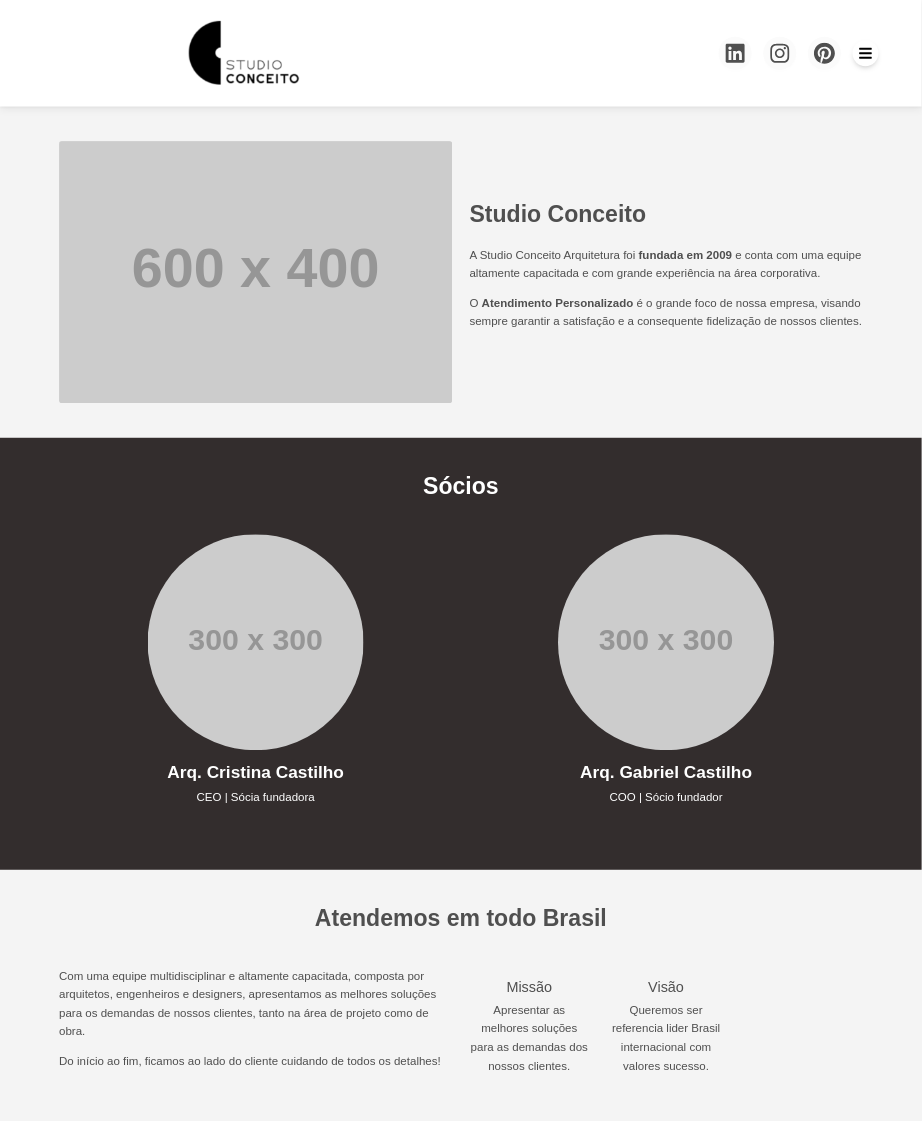
Repository: Upstairs-Agencia/studio-conceito-react
Page: /quem-somos
An editor plug-in stored every save of this project. The page is shown before and after the next save, followed by the edit.
The browser window is 1280 px wide. The pictures show the whole page, at 72% of full size.
The project was rebuilt for these pictures with package versions that can differ from the ones it lists, and the page was loaded fresh each time. Also part of the build but not shown: src/pages/Home.js, src/styles/footer.css, src/components/footer.js, src/pages/Servicos.js, src/pages/Cases.js, src/pages/Blog.js, src/pages/Clientes.js, src/pages/Contato.js.

Above is the page before, as saved 2024-12-29 03:29:01.

### public/index.html
<!DOCTYPE html>
<html lang="en">
  <head>
    <meta charset="utf-8" />
    <link rel="icon" href="%PUBLIC_URL%/favicon.ico" />
    <meta name="viewport" content="width=device-width, initial-scale=1" />
    <meta name="theme-color" content="#000000" />
    <meta
      name="description"
      content="Web site created using create-react-app"
    />
    <link rel="apple-touch-icon" href="%PUBLIC_URL%/logo192.png" />
    <!--
      manifest.json provides metadata used when your web app is installed on a
      user's mobile device or desktop. See https://developers.google.com/web/fundamentals/web-app-manifest/
    -->
    <link rel="manifest" href="%PUBLIC_URL%/manifest.json" />
    <!--
      Notice the use of %PUBLIC_URL% in the tags above.
      It will be replaced with the URL of the `public` folder during the build.
      Only files inside the `public` folder can be referenced from the HTML.

      Unlike "/favicon.ico" or "favicon.ico", "%PUBLIC_URL%/favicon.ico" will
      work correctly both with client-side routing and a non-root public URL.
      Learn how to configure a non-root public URL by running `npm run build`.
    -->
    <title>Studio Conceito</title>
  </head>
  <body>
    <noscript>You need to enable JavaScript to run this app.</noscript>
    <div id="root"></div>
    <!--
      This HTML file is a template.
      If you open it directly in the browser, you will see an empty page.

      You can add webfonts, meta tags, or analytics to this file.
      The build step will place the bundled scripts into the <body> tag.

      To begin the development, run `npm start` or `yarn start`.
      To create a production bundle, use `npm run build` or `yarn build`.
    -->
  </body>
</html>

### src/index.js

import React from 'react';
import ReactDOM from 'react-dom';
import App from './App';
import 'mdb-react-ui-kit/dist/css/mdb.min.css'; // MDB styles
import './index.css'; // Global styles

ReactDOM.render(
  <React.StrictMode>
    <App />
  </React.StrictMode>,
  document.getElementById('root')
);

### src/App.js

import React from 'react';
import { BrowserRouter as Router, Routes, Route } from 'react-router-dom';
import Home from './pages/Home';
import QuemSomos from './pages/QuemSomos';
import Servicos from './pages/Servicos';
import Cases from './pages/Cases';
import Blog from './pages/Blog';
import Clientes from './pages/Clientes';
import Contato from './pages/Contato';

function App() {
  return (
    <Router>
      <Routes>
        <Route path="/" element={<Home />} />
        <Route path="/quem-somos" element={<QuemSomos />} />
        <Route path="/servicos" element={<Servicos />} />
        <Route path="/cases" element={<Cases />} />
        <Route path="/blog" element={<Blog />} />
        <Route path="/clientes" element={<Clientes />} />
        <Route path="/contato" element={<Contato />} />
      </Routes>
    </Router>
  );
}

export default App;

### src/index.css

body {
  margin: 0;
  font-family: Arial, sans-serif;
  background-color: #f4f4f4;
}

### src/pages/QuemSomos.js

import React from 'react';
import Navbar from '../components/navbar'; // Importando o componente Navbar
import {
  MDBContainer,
  MDBRow,
  MDBCol,
  MDBBtn
} from 'mdb-react-ui-kit';


export default function QuemSomos(){
    return (
        <>
            {/* Navbar */}
            <Navbar />

            {/* Quem Somos Section */}
            <section className='py-5'>
                <MDBContainer>
                    <MDBRow className='align-items-center'>
                        <MDBCol md='6'>
                            <img
                                src='https://via.placeholder.com/600x400'
                                alt='Studio Conceito'
                                className='img-fluid rounded' />
                        </MDBCol>
                        <MDBCol md='6'>
                            <h2 className='fw-bold mb-4'>Studio Conceito</h2>
                            <p>
                                A Studio Conceito Arquitetura foi <strong>fundada em 2009</strong> e conta com uma equipe altamente capacitada e com grande experiência na área corporativa.
                            </p>
                            <p>
                                O <strong>Atendimento Personalizado</strong> é o grande foco de nossa empresa, visando sempre garantir a satisfação e a consequente fidelização de nossos clientes.
                            </p>
                        </MDBCol>
                    </MDBRow>
                </MDBContainer>
            </section>

            {/* Sócios Section */}
            <section className='py-5 bg-dark text-white'>
                <MDBContainer>
                    <h2 className='text-center fw-bold mb-5'>Sócios</h2>
                    <MDBRow className='text-center'>
                        <MDBCol md='6' className='mb-4'>
                            <div className='team-member'>
                                <img
                                    src='https://via.placeholder.com/300x300'
                                    alt='Arq. Cristina Castilho'
                                    className='img-fluid rounded-circle mb-3' />
                                <h4 className='fw-bold'>Arq. Cristina Castilho</h4>
                                <p>CEO | Sócia fundadora</p>
                                <a href='#' className='text-white'>
                                    <i className='fab fa-linkedin fa-lg'></i>
                                </a>
                            </div>
                        </MDBCol>
                        <MDBCol md='6' className='mb-4'>
                            <div className='team-member'>
                                <img
                                    src='https://via.placeholder.com/300x300'
                                    alt='Arq. Gabriel Castilho'
                                    className='img-fluid rounded-circle mb-3' />
                                <h4 className='fw-bold'>Arq. Gabriel Castilho</h4>
                                <p>COO | Sócio fundador</p>
                                <a href='#' className='text-white'>
                                    <i className='fab fa-linkedin fa-lg'></i>
                                </a>
                            </div>
                        </MDBCol>
                    </MDBRow>
                </MDBContainer>
            </section>
            {/* Missão, Visão e Valores Section */}
            <section className='py-5'>
                <MDBContainer>
                    <h2 className='text-center fw-bold mb-5'>Atendemos em todo Brasil</h2>
                    <MDBRow>
                        <MDBCol md='6'>
                            <p>
                                Com uma equipe multidisciplinar e altamente capacitada, composta por arquitetos, engenheiros e designers, apresentamos as melhores soluções para os
                                demandas de nossos clientes, tanto na área de projeto como de obra.
                            </p>
                            <p>
                                Do início ao fim, ficamos ao lado do cliente cuidando de todos os detalhes!
                            </p>
                        </MDBCol>
                        <MDBCol md='6'>
                            <MDBRow className='text-center'>
                                <MDBCol md='4'>
                                    <div className='icon mb-3'>
                                        <i className='fas fa-bullseye fa-2x'></i>
                                    </div>
                                    <h5>Missão</h5>
                                    <p>Apresentar as melhores soluções para as demandas dos nossos clientes.</p>
                                </MDBCol>
                                <MDBCol md='4'>
                                    <div className='icon mb-3'>
                                        <i className='fas fa-eye fa-2x'></i>
                                    </div>
                                    <h5>Visão</h5>
                                    <p>Queremos ser referencia lider  Brasil  internacional com valores sucesso.</p>
                                </MDBCol>
                            </MDBRow>
                        </MDBCol>

                    </MDBRow>

                </MDBContainer>
            </section>

        </>
    )

}

### src/components/navbar.js
import React, { useState } from "react";

import Logo from "../images/logoBlack.png";

import {
  MDBNavbar,
  MDBNavbarBrand,
  MDBContainer,
} from "mdb-react-ui-kit";
import { FaLinkedin, FaInstagram, FaPinterest, FaBars } from "react-icons/fa";
import { IoIosClose } from "react-icons/io";
import { Link } from "react-router-dom";

import SeloGptw from "../images/selo-gptw.png";

const Navbar = () => {
  const [showMenu, setShowMenu] = useState(false);

  return (
    <>
      {/* Navbar */}
      <MDBNavbar dark bgColor="white" className="py-4 px-5">
        <MDBContainer fluid className="d-flex justify-content-between align-items-center">
          {/* Logo */}
          <MDBNavbarBrand href="#" className="ms-5">
            <img
              src={Logo}
              alt="Logo"
              style={{ maxHeight: "90px", marginLeft: "12vw"}}
            />
          </MDBNavbarBrand>

          {/* Social Icons and Menu Toggle */}
          <div className="d-flex align-items-center">
            {/* Social Icons */}
            <div className="d-flex gap-3 me-3">
              <button className="btn btn-light rounded-circle p-2">
                <FaLinkedin size={30} />
              </button>
              <button className="btn btn-light rounded-circle p-2">
                <FaInstagram size={30} />
              </button>
              <button className="btn btn-light rounded-circle p-2">
                <FaPinterest size={30} />
              </button>
            </div>

            {/* FaBars Icon for Sidebar */}
            <button
              className="btn rounded-circle p-2"
              style={{
                background: "none",
                border: "none",
                cursor: "pointer",
              }}
              onClick={() => setShowMenu(!showMenu)}
            >
              <FaBars size={20} color="black" />
            </button>
          </div>
        </MDBContainer>
      </MDBNavbar>

      {/* Sidebar Menu */}
      {showMenu && (
        <div
          className="position-fixed top-0 end-0 bg-white vh-100 vw-350 shadow-lg d-flex flex-column"
          style={{ zIndex: 1050, width: "500px" }}
        >
          <div className="d-flex justify-content-end p-3">
            {/* Close Button */}
            <button
              className="p-0"
              style={{
                background: "none",
                border: "none",
                cursor: "pointer",
              }}
              onClick={() => setShowMenu(false)}
            >
              <IoIosClose size={40} />
            </button>
          </div>





          <div className="p-4 flex-grow-1">
            {/* Menu Items */}
            <ul className="list-unstyled">
              {[
                { label: "Home", link: "/" },
                { label: "Quem somos", link: "/quem-somos" },
                { label: "Serviços", link: "/servicos" },
                { label: "Cases", link: "/cases" },
                { label: "Blog", link: "/blog" },
                { label: "Clientes", link: "/clientes" },
                { label: "Contato", link: "/contato" },
              ].map((item, index) => (
                <li key={index} className="py-2">
                  <Link
                    to={item.link}
                    className="text-decoration-none fs-6"
                    style={{
                      transition: "all 0.3s ease-in-out", // Transição suave
                      color:"black"
                    }}
                    onMouseOver={(e) => {
                      e.currentTarget.style.color = "#FF7F30"; // Altera a cor
                      e.currentTarget.style.fontWeight = "bold"; // Negrito
                    }}
                    onMouseOut={(e) => {
                      e.currentTarget.style.color = "black"; // Retorna à cor original
                      e.currentTarget.style.fontWeight = "normal"; // Retira o negrito
                    }}
                  >
                    {item.label}
                  </Link>
                </li>
              ))}
            </ul>
          </div>



          {/* Footer Section */}
          <div className="d-flex justify-content-between align-items-center px-4 pb-4">
            {/* Social Icons */}
            <div className="d-flex gap-3">
              <button className="btn btn-dark rounded-circle p-2">
                <FaLinkedin size={20} color="white" />
              </button>
              <button className="btn btn-dark rounded-circle p-2">
                <FaInstagram size={20} color="white" />
              </button>
              <button className="btn btn-dark rounded-circle p-2">
                <FaPinterest size={20} color="white" />
              </button>
            </div>

            {/* Placeholder Image */}
            <img
              src={SeloGptw}
              alt="Great Place to Work"
              style={{ maxHeight: "200px", marginBottom: "4rem" }}
            />
          </div>
        </div>
      )}
    </>
  );
};

export default Navbar;

After the next save:
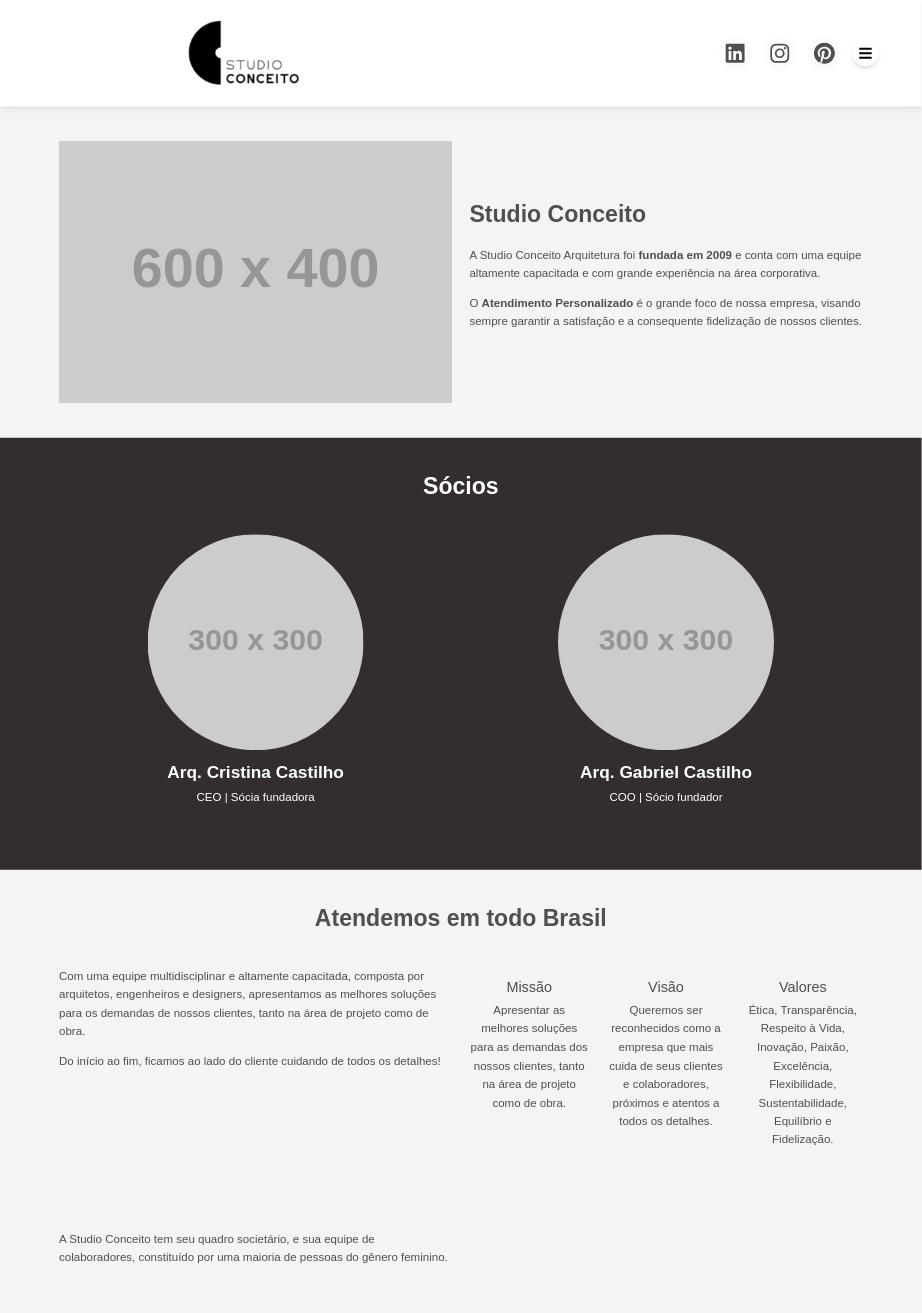
Saved 80 s later.
--- a/src/pages/QuemSomos.js
+++ b/src/pages/QuemSomos.js
@@ -23,7 +23,7 @@ export default function QuemSomos(){
                             <img
                                 src='https://via.placeholder.com/600x400'
                                 alt='Studio Conceito'
-                                className='img-fluid rounded' />
+                                className='img-fluid' />
                         </MDBCol>
                         <MDBCol md='6'>
                             <h2 className='fw-bold mb-4'>Studio Conceito</h2>
@@ -93,22 +93,56 @@ export default function QuemSomos(){
                                         <i className='fas fa-bullseye fa-2x'></i>
                                     </div>
                                     <h5>Missão</h5>
-                                    <p>Apresentar as melhores soluções para as demandas dos nossos clientes.</p>
+                                    <p>Apresentar as melhores soluções para as demandas dos nossos clientes, tanto na área de projeto como de obra.</p>
                                 </MDBCol>
                                 <MDBCol md='4'>
                                     <div className='icon mb-3'>
                                         <i className='fas fa-eye fa-2x'></i>
                                     </div>
                                     <h5>Visão</h5>
-                                    <p>Queremos ser referencia lider  Brasil  internacional com valores sucesso.</p>
+                                    <p>Queremos ser reconhecidos como a empresa que mais cuida de seus clientes e colaboradores, próximos e atentos a todos os detalhes.</p>
+                                    </MDBCol>
+                                    <MDBCol md='4'>
+                                    <div className='icon mb-3'>
+                                        <i className='fas fa-eye fa-2x'></i>
+                                    </div>
+                                    <h5>Valores</h5>
+                                    <p>Ética, Transparência, Respeito à Vida, Inovação, Paixão, Excelência, Flexibilidade, Sustentabilidade, Equilíbrio e Fidelização.</p>
                                 </MDBCol>
-                            </MDBRow>
+                                </MDBRow>
+                                </MDBCol>
+
+                        </MDBRow>
+
+                    </MDBContainer>
+            </section>
+
+
+            <section className='py-5'>
+                <MDBContainer>
+                    <MDBRow>
+                        <MDBCol md='6'>
+                            <p>
+                            A Studio Conceito tem seu quadro societário, e sua equipe de colaboradores, constituído por uma maioria de pessoas do gênero feminino.
+                            </p>
+
+
                         </MDBCol>
+
 
                     </MDBRow>
 
-                </MDBContainer>
+
+
+                    </MDBContainer>
             </section>
+
+
+
+
+
+
+
 
         </>
     )
